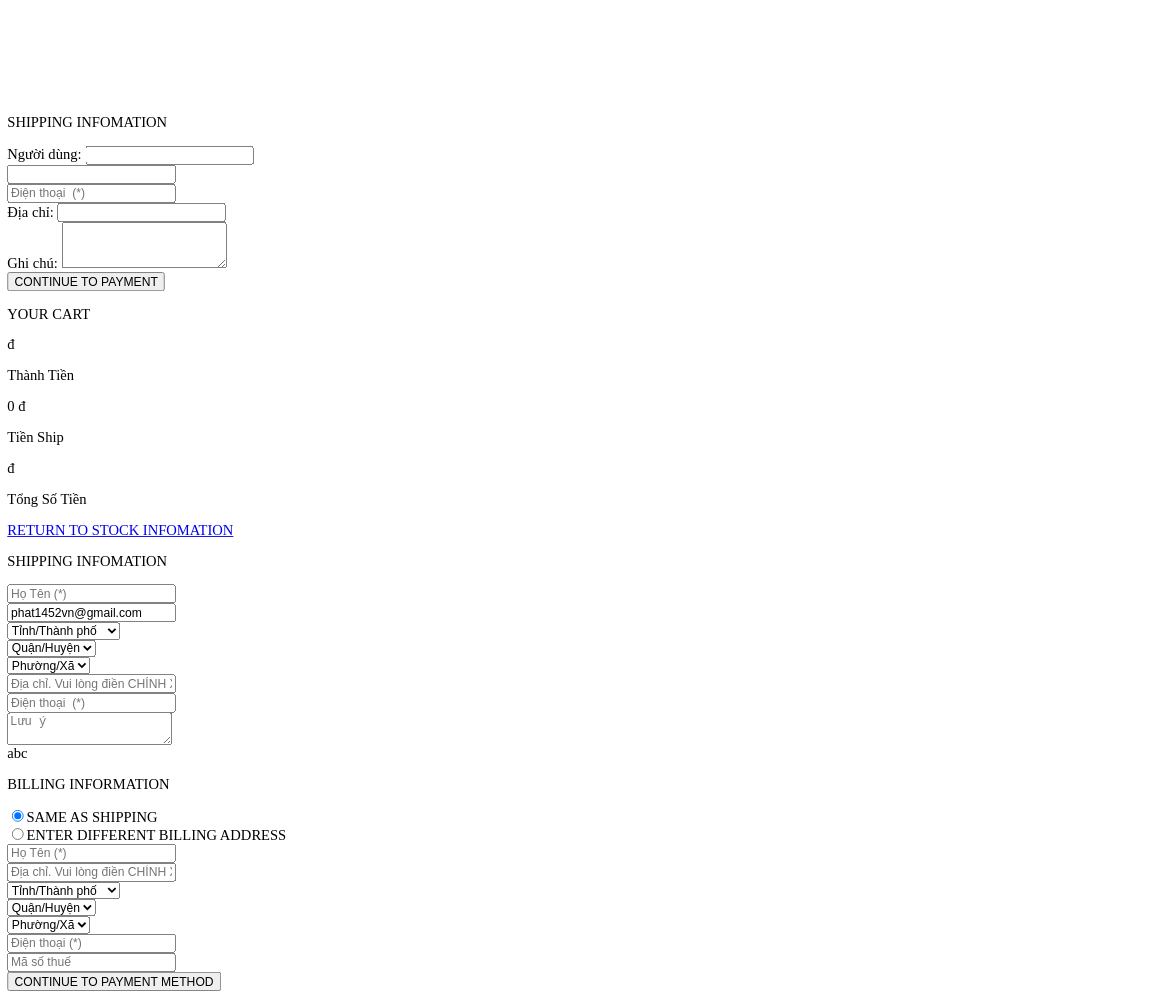
Repository: nguyengiabao245/NHOM3_C2
Page: http://localhost/DoAnJava/WEB-INF/views/order/checkout.jsp
The author's editor kept a copy of each file at every save. The page is drawn from the files as they stood at one save, then again after the next save.
The browser window is 1280 px wide. The pictures show the whole page, at 91% of full size.
The page is served by Tomcat 9. Nobody is signed in. The template is opened directly, without the code that normally fills it, so the values that code supplies are empty.

Above is the page before, as saved 2022-05-15 11:52:49.

After the next save:
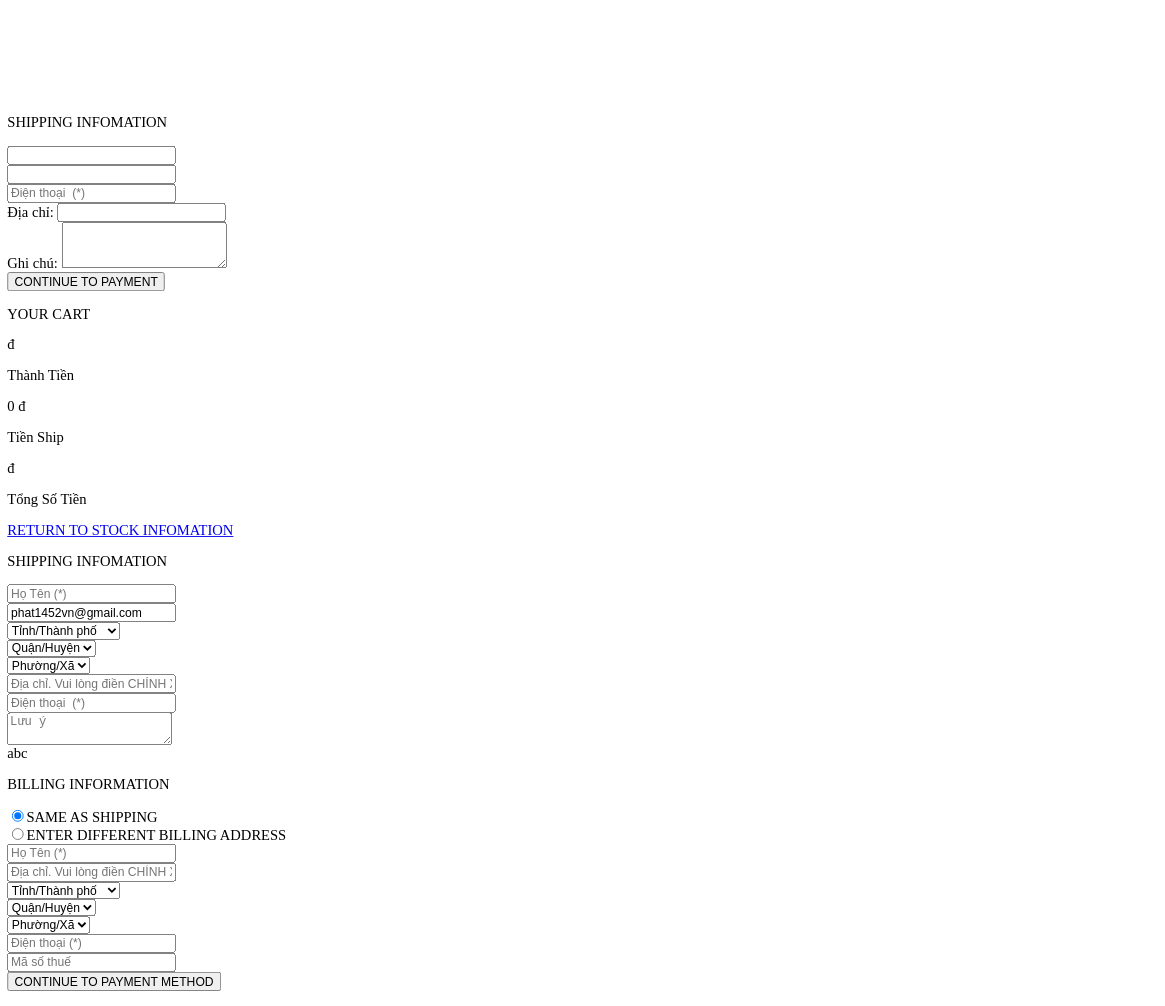
Saved 9 s later.
--- a/DoAnJava/src/main/webapp/WEB-INF/views/order/checkout.jsp
+++ b/DoAnJava/src/main/webapp/WEB-INF/views/order/checkout.jsp
@@ -20,7 +20,6 @@
 			method="post">
 
 			<div class="frm-item">
-				<label>Người dùng:</label>
 				<form:input path="user.id" class="form-control" readonly="true" />
 			</div>
 			<div class="frm-item">
